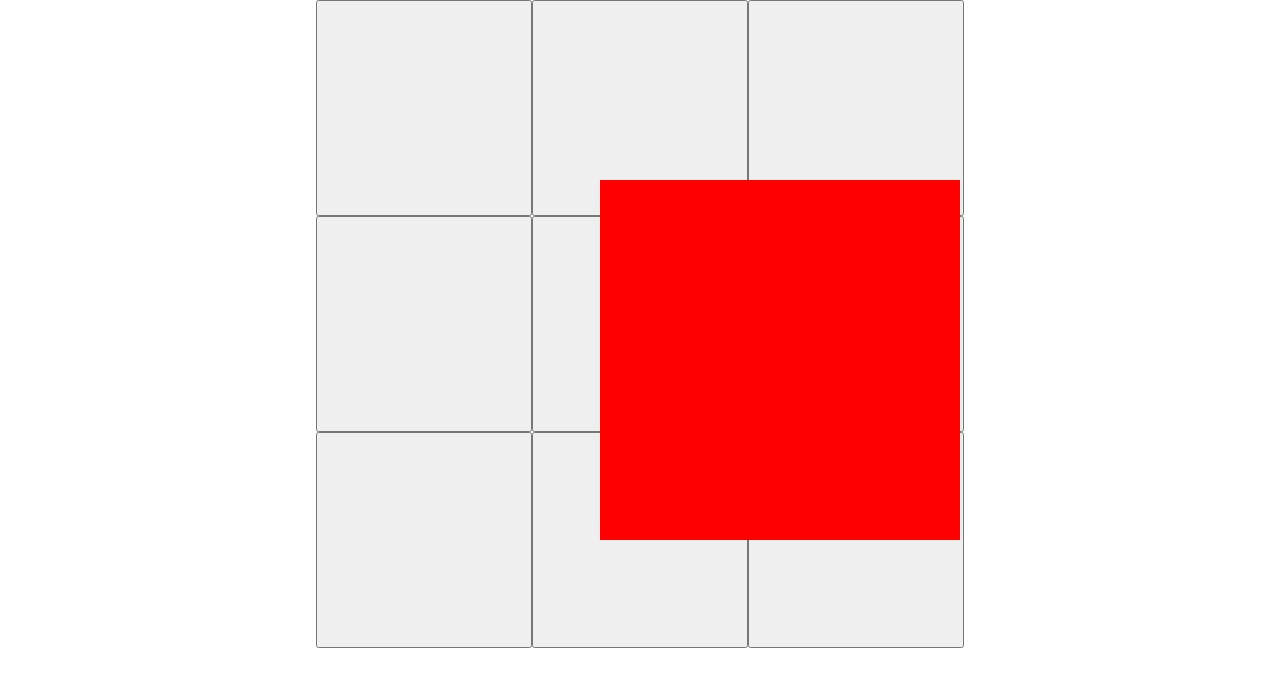
Repository: napan24/tic-tac-toe
Page: /
These files come from the project's save history. The page is drawn as it stood at one moment and after the next save; the edit follows.
The browser window is 1280 px wide. The pictures show the whole page.
The project was rebuilt for these pictures with package versions that can differ from the ones it lists, and the page was loaded fresh each time. Also part of the build but not shown: src/App.css.

Above is the page before, as saved 2022-06-14 17:03:57.

After the next save:
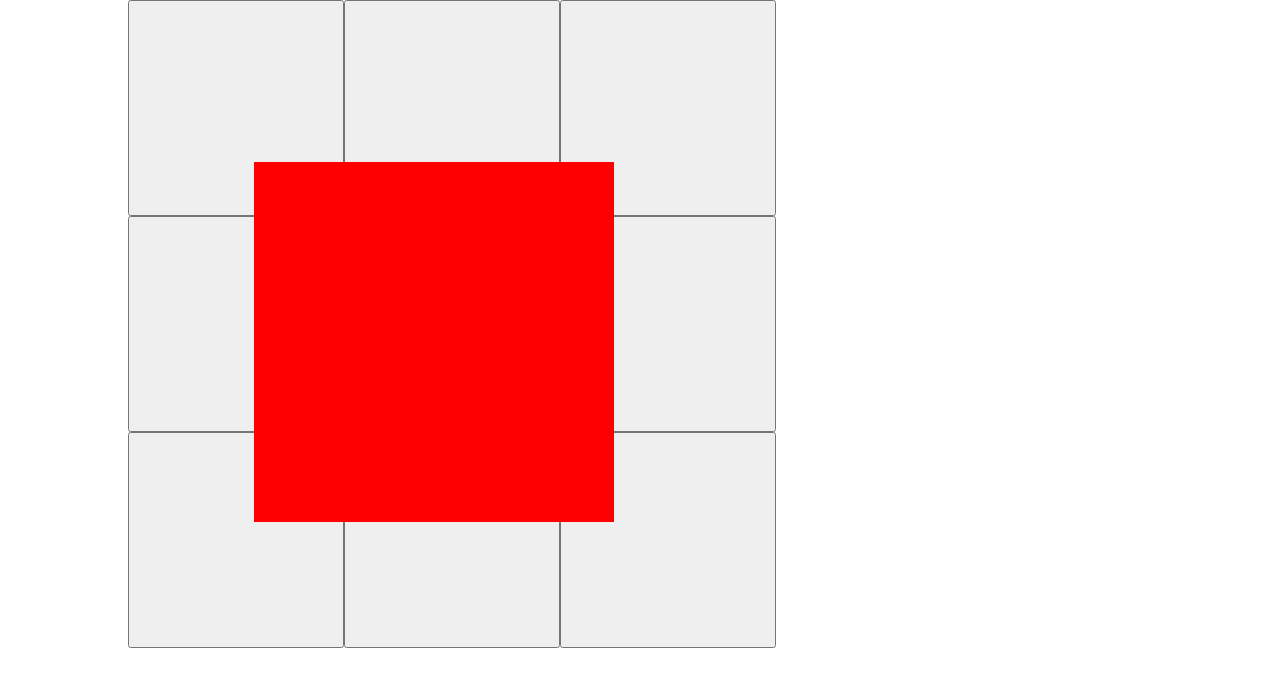
Saved 23 s later.
--- a/src/tik.css
+++ b/src/tik.css
@@ -5,10 +5,17 @@
         display: inline-block;
     }
 }
-@media (max-width:2560px) and (min-width:1600px){
+@media (max-width:2560px) and (min-width:1601px){
     #mainblock{
         position: relative;
         left:20vw;
         display: inline-block;
     }
 }
+@media (max-width:1600px) and (min-width:501px){
+    #mainblock{
+        position: relative;
+        left:10vw;
+        display: inline-block;
+    }
+}
